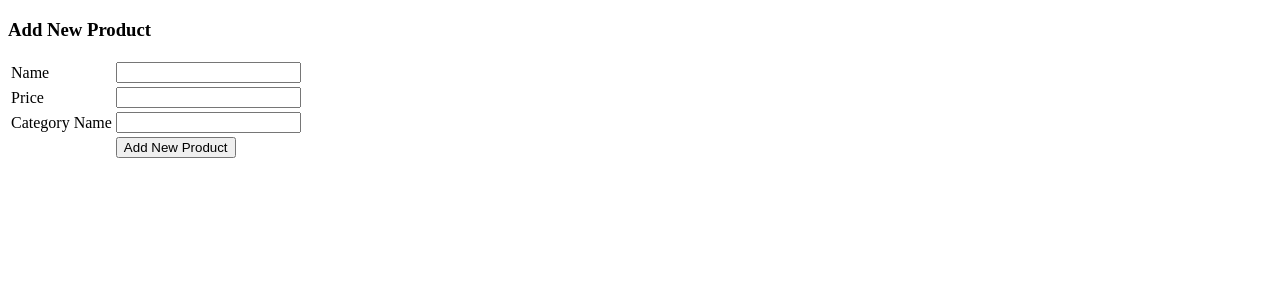
Repository: HsuMon123/Testing-Java-EE
Page: http://localhost/04-jsp-java-bean/
These files come from the project's save history. The page is drawn as it stood at one moment and after the next save; the edit follows.
The browser window is 1280 px wide. The pictures show the whole page.
The page is served by Tomcat 9.

Above is the page before, as saved 2020-12-17 11:49:54.

After the next save:
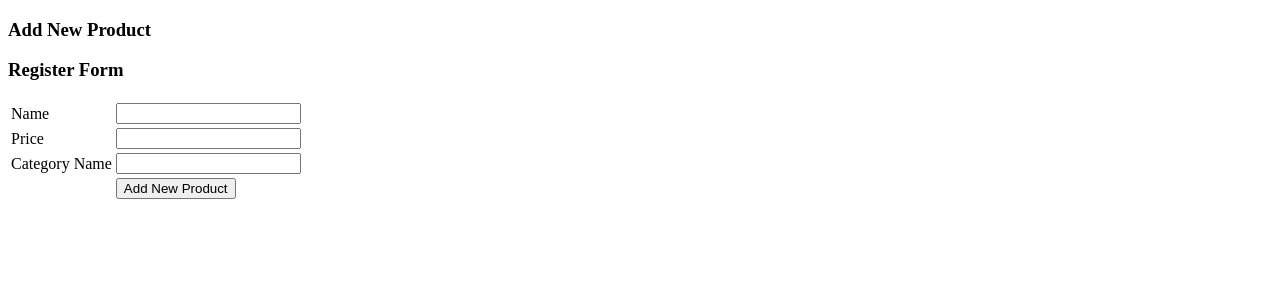
Saved 74 s later.
--- a/04-jsp-java-bean/src/main/webapp/index.jsp
+++ b/04-jsp-java-bean/src/main/webapp/index.jsp
@@ -8,7 +8,17 @@
 </head>
 <body>
 	<h3>Add New Product</h3>
-	<form action="create-product.jsp">
+
+
+	<div class="container">
+		<div class="row mt-3">
+			<div class="col-6 offset-3">
+				<div class="card">
+				<div class="card-header">
+					<h3>Register Form</h3>
+				</div>
+				<div class="card-body">
+					<form action="create-product.jsp">
 		<table>
 			<tr>
 				<td>Name</td>
@@ -36,8 +46,11 @@
 			</tr>
 		</table>
 	</form>
-
-
+				</div>
+			</div>
+			</div>
+		</div>
+	</div>
 
 </body>
 </html>
